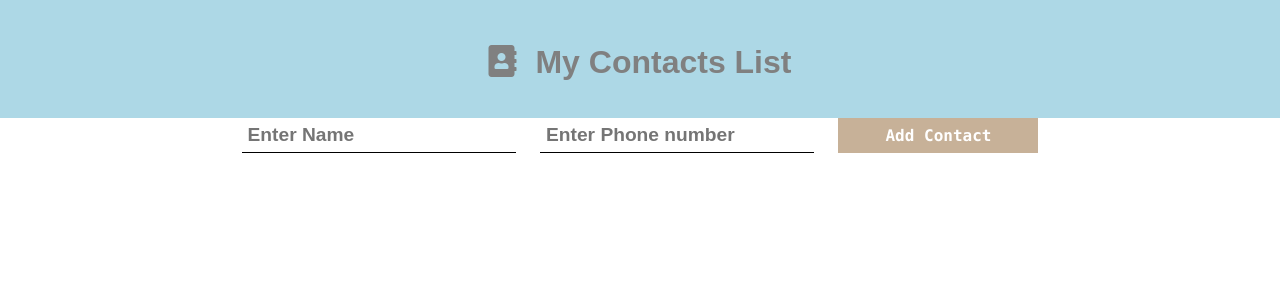
Repository: Sayan-100/Contact-List
Page: http://localhost/
These files come from the project's save history. The page is drawn as it stood at one moment and after the next save; the edit follows.
The browser window is 1280 px wide. The pictures show the whole page.
Some web libraries are served in a nearby version. The page is served by the project's Node server (index.js). Queries for data that is not in the repository find no rows.

Above is the page before, as saved 2022-01-10 14:47:26.

After the next save:
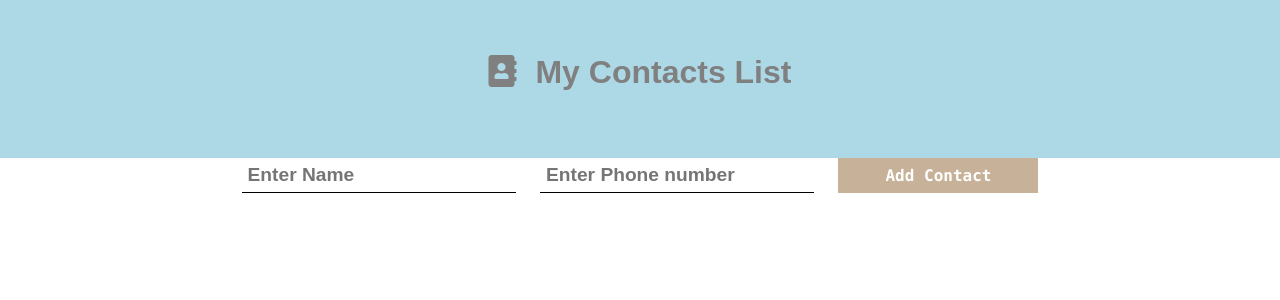
Saved 32 s later.
--- a/assets/css/home.css
+++ b/assets/css/home.css
@@ -81,3 +81,7 @@
     #contact-list-container {
         width: 100%;
     }
+
+    .element {
+        margin: 10px;
+    }
